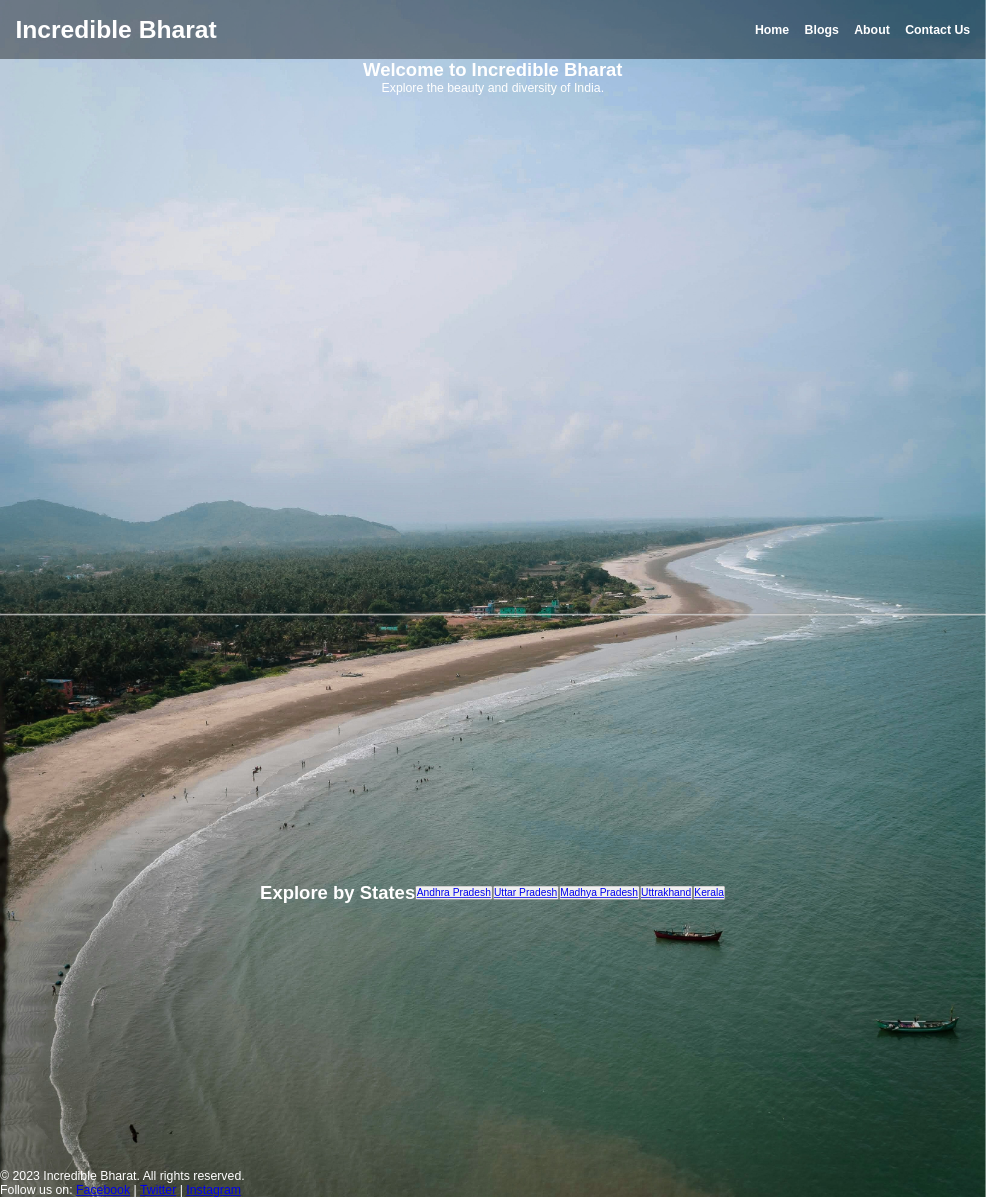
Repository: jaidhiman111/incrediblebharat
Page: index.html
The author's editor kept a copy of each file at every save. The page is drawn from the files as they stood at one save, then again after the next save.
The browser window is 1280 px wide. The pictures show the whole page, at 77% of full size.

Above is the page before, as saved 2025-04-30 22:01:05.

### index.html
<!DOCTYPE html>
<html lang="en">
<head>
    <meta charset="UTF-8">
    <link rel="stylesheet" href="/assets/style.css">
    <meta name="viewport" content="width=device-width, initial-scale=1.0">
    <title>Document</title>
</head>
<body>
    <!-- This is the header of the page. -->
    <header class="header">
        <div class="logo">
            <h1>Incredible Bharat</h1>
        </div>
        <div class="nav">
            <nav>
                <ul>
                    <li>
                        <a href="#">Home</a>
                        <a href="#">Blogs</a>
                        <a href="#">About</a>
                        <a href="#">Contact Us</a>
                    </li>
                </ul>
            </nav>
        </div>
    </header>
    <!-- This is the main content of the page. -->
     <main class="main-container">
        <section class="hero-section">
            <h2>Welcome to Incredible Bharat</h2>
            <p>Explore the beauty and diversity of India.</p>
        </section>
        <hr>
        <section class="state-section">
            <h2>Explore by States</h2>
            <button type="button"><a href="#">Andhra Pradesh</a></button>
            <button type="button"><a href="#">Uttar Pradesh</a></button>
            <button type="button"><a href="#">Madhya Pradesh</a></button>
            <button type="button"><a href="#">Uttrakhand</a></button>
            <button type="button"><a href="#">Kerala</a></button>
        </section>
     </main>
     <!-- This is the footer of the page. -->
      <footer class="footer">
        <div>
            <p>&copy; 2023 Incredible Bharat. All rights reserved.</p>
            <p>Follow us on:
                <a href="#">Facebook</a> |
                <a href="#">Twitter</a> |
                <a href="#">Instagram</a>
        </div>
      </footer>
</body>
</html>

### assets/style.css
* {
    box-sizing: border-box;
    margin: 0;
    padding: 0;
}

body {
    font-family: Arial, sans-serif;
    background-image: url('/media/bg-cover.jpg');
    background-size: cover;
    background-repeat: no-repeat;
    background-position: center;
    color: #fff;
}

/* This is for header */
.header {
    background-color: rgba(0, 0, 0, 0.4);
    display: flex;
    justify-content: space-between;
    align-items: center;
    padding: 20px;
    position: sticky;
    top: 0;
    text-align: center;
}

li {
    list-style: none;
    display: flex;
    gap: 20px;
}

li a {
    text-decoration: none;
    color: #fff;
    font-weight: bold;
}

a:hover {
    color: #ff6347;
}

/* This is for section */
.hero-section {
    justify-content: center;
    align-items: center;
    height: 100vh;
    text-align: center;
}

.state-section {
    display: flex;
    justify-content: center;
    align-items: center;
    height: 100vh;
    text-align: center;
}

After the next save:
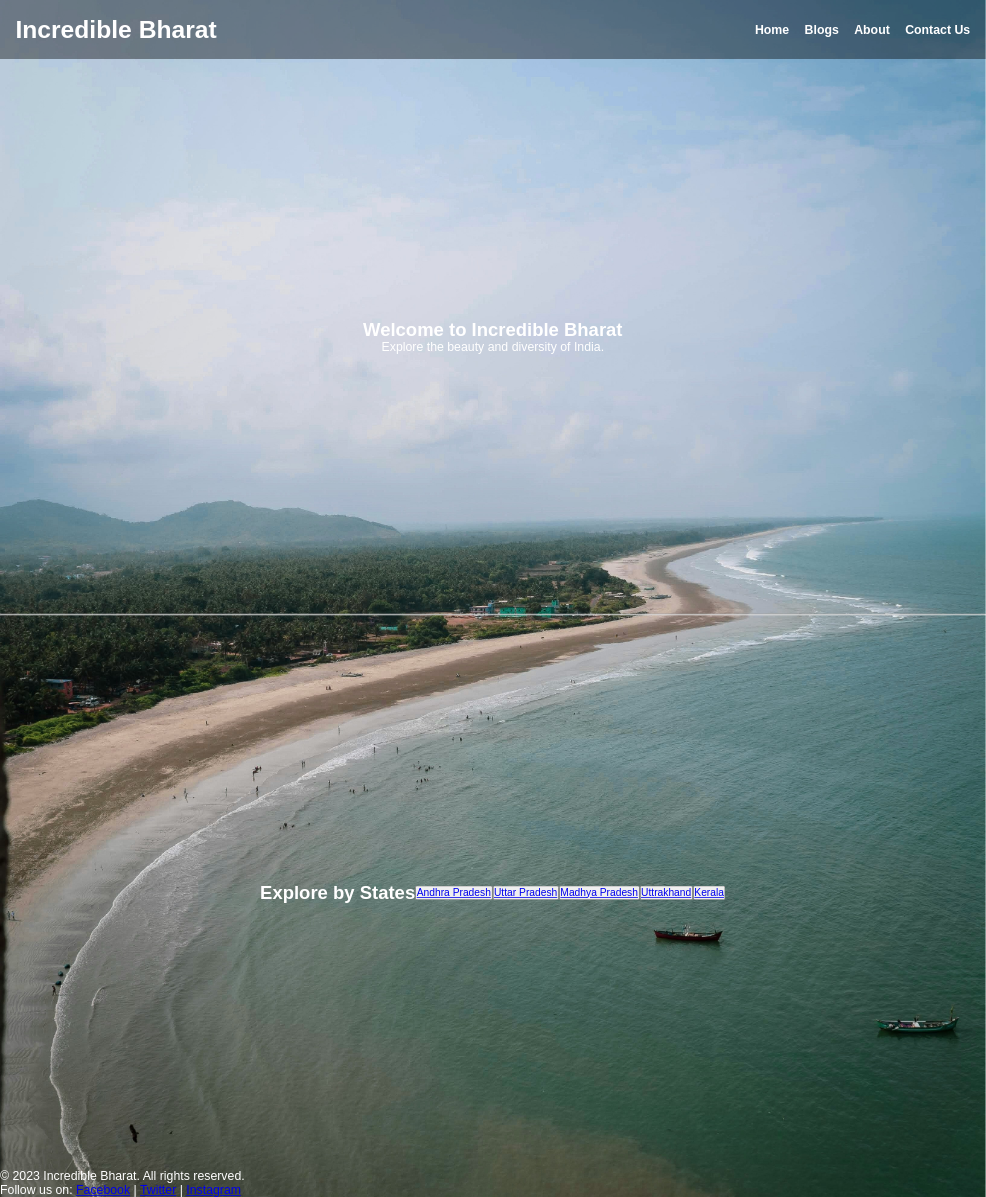
Saved 97 s later.
--- a/assets/style.css
+++ b/assets/style.css
@@ -43,11 +43,14 @@ a:hover {
 
 /* This is for section */
 .hero-section {
-    justify-content: center;
-    align-items: center;
+    display: flex;
+    flex-direction: column;    /* stack items vertically */
+    justify-content: center;   /* center vertically */
+    align-items: center;       /* center horizontally */
     height: 100vh;
     text-align: center;
 }
+
 
 .state-section {
     display: flex;
